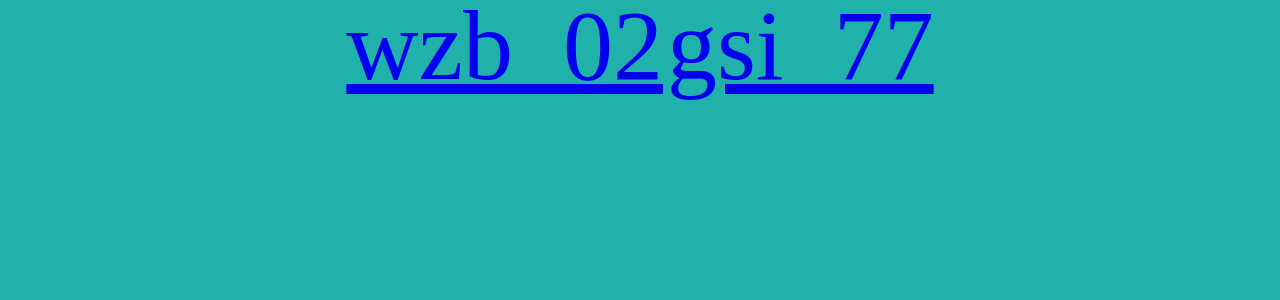
Repository: KHANas02/JS_first-lesson
Page: GIT.html
These files come from the project's save history. The page is drawn as it stood at one moment and after the next save; the edit follows.
The browser window is 1280 px wide. The pictures show the whole page.

Above is the page before, as saved 2024-03-23 10:01:07.

After the next save:
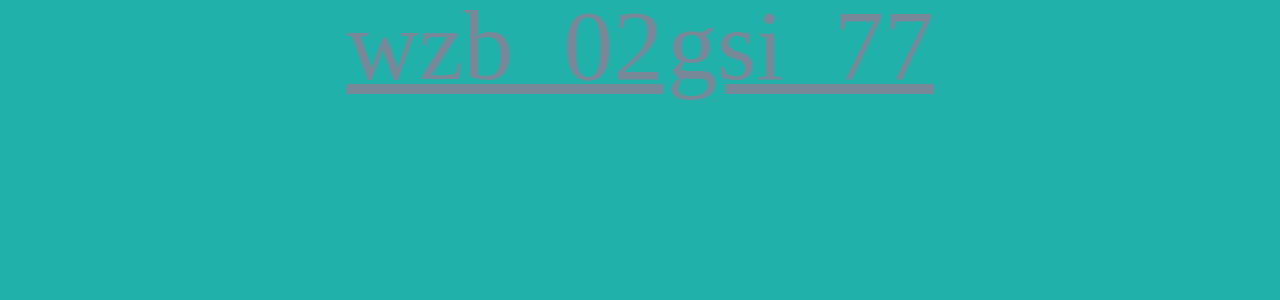
Saved 4 s later.
--- a/GIT.html
+++ b/GIT.html
@@ -1,12 +1,12 @@
 <!DOCTYPE html>
 <html lang="en">
-<head>
-    <meta charset="UTF-8">
-    <meta name="viewport" content="width=device-width, initial-scale=1.0">
+  <head>
+    <meta charset="UTF-8" />
+    <meta name="viewport" content="width=device-width, initial-scale=1.0" />
     <title>Git Hub accounts</title>
-    <link rel="stylesheet" href="./index.html">
+    <link rel="stylesheet" href="./index.html" />
     <style>
-         body {
+      body {
         background-color: lightseagreen;
         text-align: center;
         position: relative;
@@ -16,14 +16,14 @@
         scale: 125%;
       }
       a {
-        color: lightse;
+        color: lightslategray;
         font-size: 100px;
         font-weight: 100px;
       }
     </style>
-</head>
-<body>
+  </head>
+  <body>
     <a href="https://github.com/KHANas02">wzb_02</a>
     <a href="https://github.com/saidagafurova">gsi_77</a>
-</body>
+  </body>
 </html>
